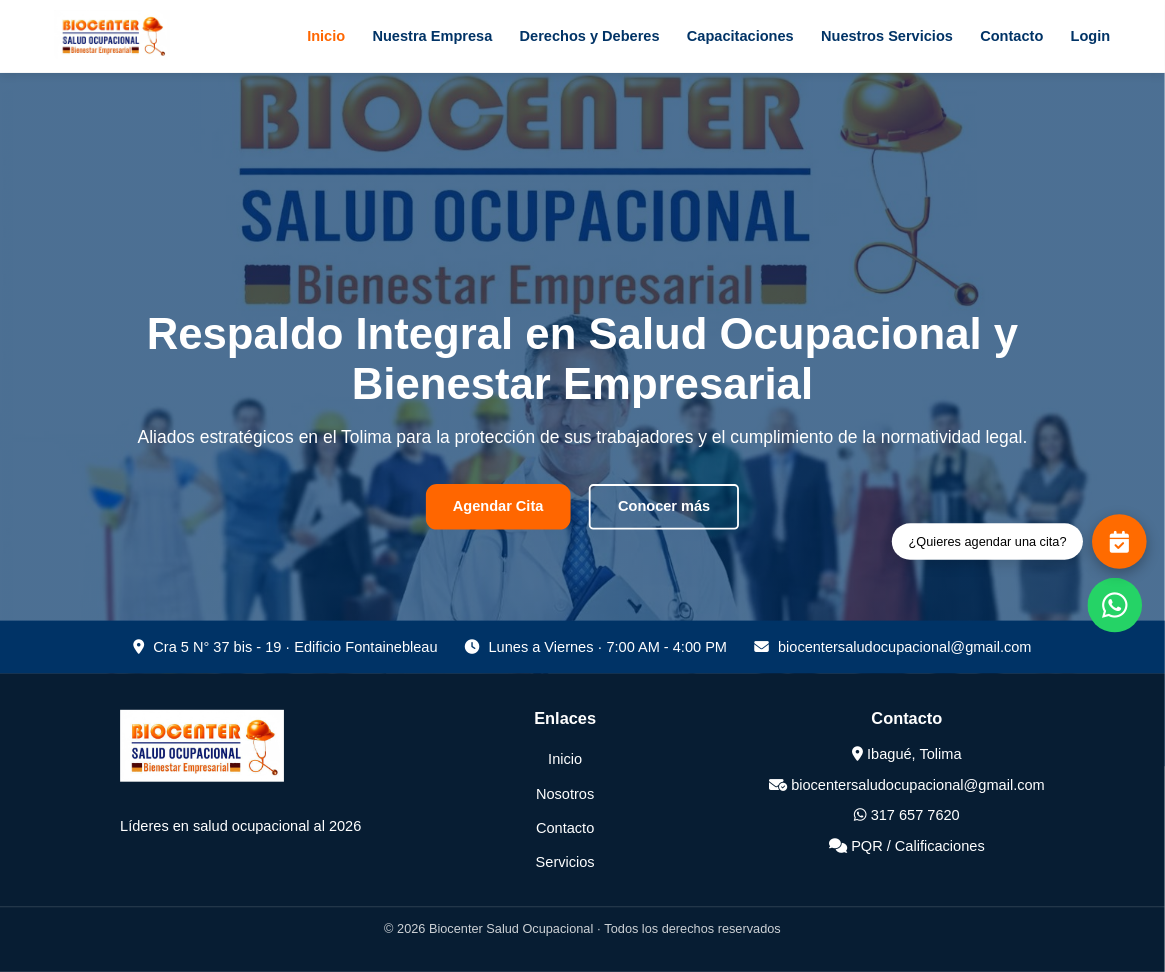
Repository: Miguelperdomo/Biocenter
Page: index.html
An editor plug-in stored every save of this project. The page is shown before and after the next save, followed by the edit.
The browser window is 1280 px wide. The pictures show the whole page, at 91% of full size.

Above is the page before, as saved 2026-02-19 10:59:44.

### index.html
<!DOCTYPE html>
<html lang="es">
<head>
    <meta charset="UTF-8">
    <meta name="viewport" content="width=device-width, initial-scale=1.0">
    <link rel="icon" href="imagenes/logo-biocenter.png" type="image/png">
    <title>Biocenter Salud Ocupacional | Bienestar Empresarial</title>
    <meta name="description" content="Especialistas en salud ocupacional y bienestar integral en el Tolima.">
    <link rel="stylesheet" href="diseno/style.css">
    <link rel="stylesheet"
          href="https://cdnjs.cloudflare.com/ajax/libs/font-awesome/6.5.1/css/all.min.css">
</head>

<!-- ================= INCIO DEL PQR  ================= -->
<div class="pqr-modal" id="pqrModal">
  <div class="pqr-box">

    <button class="pqr-close" id="closePqr">&times;</button>

    <h2>PQR y Calificaciones</h2>
    <p class="pqr-sub">
      Tu opinión es muy importante para nosotros 💙
    </p>

    <form action="PHP/enviar_pqr.php" method="POST">

      <div class="pqr-group">
        <label>Nombre completo</label>
        <input type="text" name="nombre" required>
      </div>

      <div class="pqr-group">
        <label>Correo electrónico</label>
        <input type="email" name="correo" required>
      </div>

      <div class="pqr-group">
        <label>Tipo de solicitud</label>
        <select name="tipo" required>
          <option value="">Selecciona una opción</option>
          <option>Petición</option>
          <option>Queja</option>
          <option>Reclamo</option>
          <option>Felicitación</option>
        </select>
      </div>

      <div class="pqr-group">
        <label>Mensaje</label>
        <textarea rows="4" name="mensaje" required></textarea>
      </div>

      <div class="pqr-rating">
        <span>Calificación</span>

        <div class="rating-stars">
            <input type="radio" name="rating" id="star5" value="5" required>
            <label for="star5">★</label>

            <input type="radio" name="rating" id="star4" value="4">
            <label for="star4">★</label>

            <input type="radio" name="rating" id="star3" value="3">
            <label for="star3">★</label>

            <input type="radio" name="rating" id="star2" value="2">
            <label for="star2">★</label>

            <input type="radio" name="rating" id="star1" value="1">
            <label for="star1">★</label>
        </div>
        </div>


      <button class="pqr-btn">
        <i class="fa-solid fa-paper-plane"></i> Enviar PQR
      </button>

    </form>
  </div>
</div>

        <div class="modal-overlay" id="modalConfirm">
            <div class="modal-box">
                <h3 id="modalTitle"></h3>
                    <p id="modalMsg"></p>
                        <button class="btn-primary" id="closeModal">Aceptar</button>
            </div>
        </div>



<body>


<!-- ================= FIN DEL PQR  ================= -->


<!-- ================= INCIO DEL HEADER ================= -->
<header class="menu-desplegable">
    <nav class="container">
        <div class="logo">
            <a href="index.html">
                <img src="imagenes/logo-biocenter.png" alt="Logo Biocenter">
            </a>
        </div>

        <ul class="nav-menu">
            <li><a href="index.html" class="active">Inicio</a></li>
            <li><a href="nosotros.html">Nuestra Empresa</a></li>
            <li><a href="derechos_deberes.html">Derechos y Deberes</a></li>
            <li><a href="capacitaciones.html">Capacitaciones</a></li>
            <li><a href="servicios.html">Nuestros Servicios</a></li>
            <li><a href="contacto.html">Contacto</a></li>
            <li><a href="login.php" class="btn-login">Login</a></li>
        </ul>

        <div class="nav-toggle">
            <i class="fas fa-bars"></i>
        </div>
    </nav>
</header>
<!-- ================= FIN DEL HEADER ================= -->


<!-- ================= INCIO DEL CUYERPO DE LA PAGINA  ================= -->
<section class="hero">
    <div class="hero-content container">
        <h1>Respaldo Integral en Salud Ocupacional y Bienestar Empresarial</h1>
        <p>
            Aliados estratégicos en el Tolima para la protección de sus trabajadores
            y el cumplimiento de la normatividad legal.
        </p>

        <div class="hero-buttons">
            <a href="https://wa.me/573176577620" class="btn btn-primary">Agendar Cita</a>
            <a href="contacto.html" class="btn btn-secondary">Conocer más</a>
        </div>
    </div>
</section>


<!-- ================= INFO BAR ================= -->
<section class="info-bar">
    <div class="info-container">
        <div class="info-item">
            <i class="fas fa-map-marker-alt"></i>
            <span>Cra 5 N° 37 bis - 19 · Edificio Fontainebleau</span>
        </div>

        <div class="info-item">
            <i class="fas fa-clock"></i>
            <span>Lunes a Viernes · 7:00 AM - 4:00 PM</span>
        </div>

        <div class="info-item">
            <i class="fas fa-envelope"></i>
            <span>biocentersaludocupacional@gmail.com</span>
        </div>
    </div>
</section>



<!-- ================= FIN DEL CUYERPO DE LA PAGINA  ================= -->

<!-- ================= INCIIO FOOTER ================= -->
<footer class="footer">
    <div class="footer-container">

        <div class="footer-col">
            <img src="imagenes/logo-biocenter.png" alt="Biocenter">
            <p>Líderes en salud ocupacional al 2026</p>
        </div>


        <div class="enlaces">
            <h4>Enlaces</h4>
            <a href="index.html">Inicio</a>
            <a href="nosotros.html">Nosotros</a>
            <a href="contacto.html">Contacto</a>
            <a href="servicios.html">Servicios</a>
        </div>

        <div>
            <h4>Contacto</h4>
            <p><a href="https://maps.app.goo.gl/pr1ibKEtwjQL5PTQ7" target="_blank" class="footer-link"><i class="fas fa-map-marker-alt"></i> Ibagué, Tolima</a></p>
            <p><a href="mailto:biocentersaludocupacional@gmail.com" class="footer-link"> <i class="fa-solid fa-envelope-circle-check"></i> biocentersaludocupacional@gmail.com </a></p>
            <p><i class="fab fa-whatsapp"></i> 317 657 7620</p>

            <!-- PQR Link -->
            <a href="#" id="openPqr" class="pqr-link">
                <i class="fa-solid fa-comments"></i> PQR / Calificaciones
            </a>
        </div>
    </div>
    <div class="footer-copy">
        © <span id="year"></span> Biocenter Salud Ocupacional · Todos los derechos reservados
    </div>
</footer>

<!-- ================= WHATSAPP ================= -->
<a href="https://wa.me/573176577620" class="whatsapp-float" target="_blank">
    <i class="fab fa-whatsapp"></i>
</a>

<!-- Botón flotante de agendar cita -->
<div class="contenedor-cita">

    <div class="mensaje-cita" id="mensajeCita">
        ¿Quieres agendar una cita?
    </div>

    <a href="formulario.php" class="btn-cita">
        <i class="fa-solid fa-calendar-check"></i>
    </a>

</div>


<!-- ================= FIN ================= -->

<!-- ================= FIN FOOTER ================= -->
<script>
  document.getElementById("year").textContent = new Date().getFullYear();
</script>


<script src="JS/main.js"></script>
<script>
window.addEventListener("load", function() {
    const mensaje = document.getElementById("mensajeCita");

    setTimeout(() => {
        mensaje.classList.add("mostrar");
    }, 1000);

    setTimeout(() => {
        mensaje.classList.remove("mostrar");
    }, 9000);
});
</script>


</body>
</html>

Loaded but not shown: JS/main.js (129 lines, source omitted); diseno/style.css (1982 lines, source omitted)

After the next save:
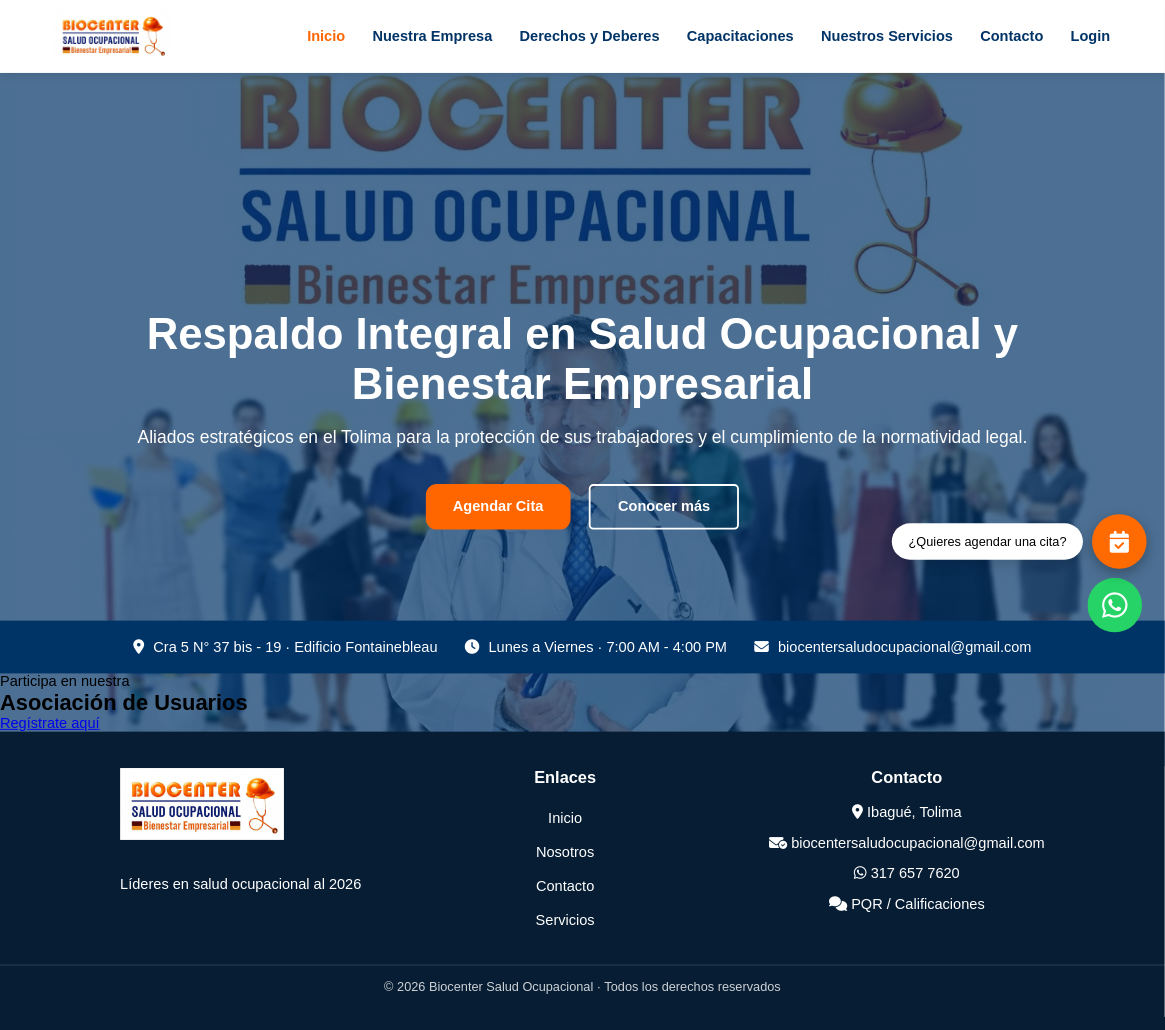
Saved 8 min 56 s later.
--- a/index.html
+++ b/index.html
@@ -164,6 +164,24 @@
 
 <!-- ================= FIN DEL CUYERPO DE LA PAGINA  ================= -->
 
+
+<!-- ================= ASOCIACIÓN USUARIOS ================= -->
+<section class="asociacion">
+  <div class="asociacion-container">
+
+    <div class="asociacion-texto">
+      <span>Participa en nuestra</span>
+      <h2>Asociación de Usuarios</h2>
+    </div>
+
+    <a href="https://forms.gle/hYDoXNJNnH45BoCH9" target="_blank" class="btn-asociacion">
+      Regístrate aquí
+    </a>
+
+  </div>
+</section>
+
+
 <!-- ================= INCIIO FOOTER ================= -->
 <footer class="footer">
     <div class="footer-container">
